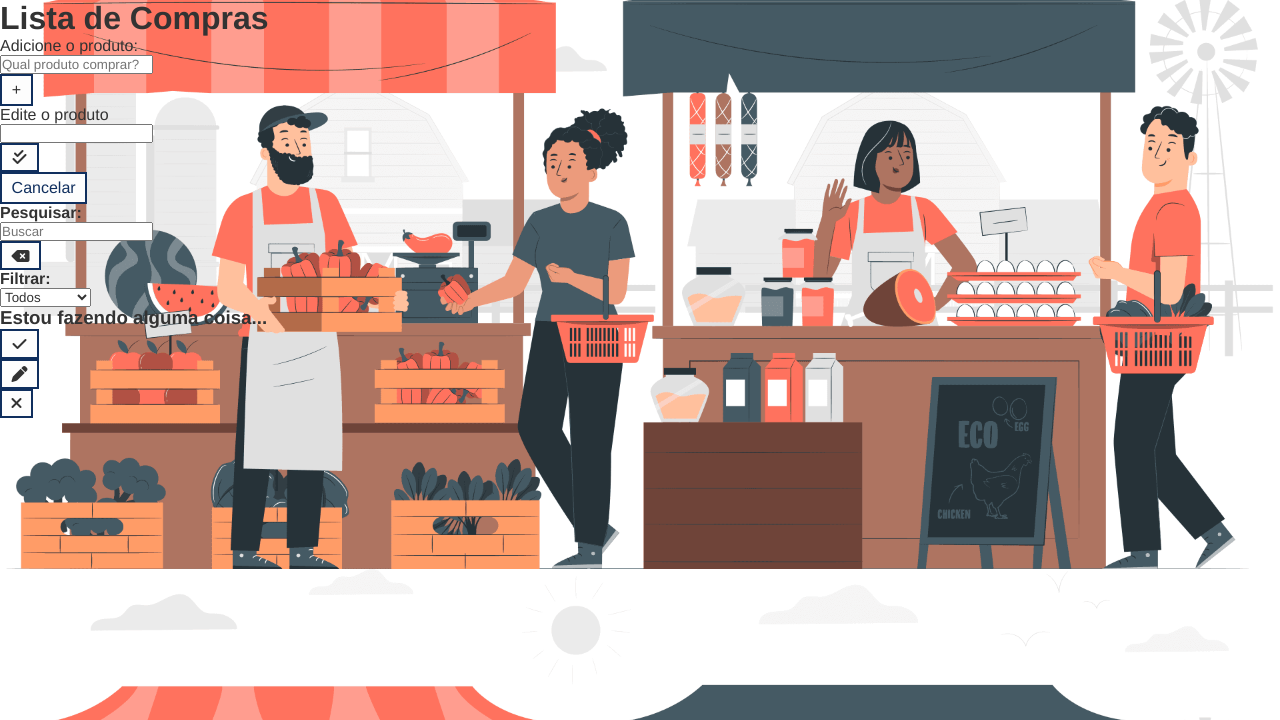
Repository: Dkrvalho/mercado
Page: index.html
An editor plug-in stored every save of this project. The page is shown before and after a run of saves, followed by the edit.
The browser window is 1280 px wide. The pictures show the whole page.
The pointer rests on the first visible `button`.

Above is the page before, as saved 2023-01-09 12:42:09.

### index.html
<!DOCTYPE html>
<html lang="en">
<head>
    <meta charset="UTF-8">
    <meta http-equiv="X-UA-Compatible" content="IE=edge">
    <meta name="viewport" content="width=device-width, initial-scale=1.0">
    <!-- CSS -->
    <link rel="stylesheet" href="css/style.css">
    <!-- Font Awesome -->
    <link rel="stylesheet" href="https://cdnjs.cloudflare.com/ajax/libs/font-awesome/6.2.1/css/all.min.css" integrity="sha512-MV7K8+y+gLIBoVD59lQIYicR65iaqukzvf/nwasF0nqhPay5w/9lJmVM2hMDcnK1OnMGCdVK+iQrJ7lzPJQd1w==" crossorigin="anonymous" referrerpolicy="no-referrer" />
    <!-- JS -->
    <script src="js/script.js" defer></script>
    <!-- defer faz com que o js seja carregado após o html -->
    <title>Lista de Compras</title>
</head>
    <main class="container">
        <header>
            <h1>Lista de Compras</h1>
        </header>
        <form id="form">
            <p>Adicione o produto:</p>
            <div class="form-control">
                <input type="text" id="todo-input" placeholder="Qual produto comprar?">
                <button type="submit">
                    <i class="fa-thin fa-plus"></i>
                </button>
            </div>
        </form>
        <form id="edit-form">
            <p>Edite o produto</p>
            <div id="form-control">
                <input type="text" id="edit-input">
                <button type="submit">
                    <i class="fa-solid fa-check-double"></i>
                </button>
            </div>
            <button id="cancel-edit-btn">Cancelar</button>
        </form>
        <div id="tollbar">
            <div id="search">
                <h4>Pesquisar:</h4>
                <form>
                    <input type="text" id="search-input" placeholder="Buscar">
                    <button id="erase-btn">
                        <i class="fa-solid fa-delete-left"></i>
                    </button>
                </form>
            </div>
        </div>
        <div id="filter">
            <h4>Filtrar:</h4>
            <select id="filter-select">
                <option value="all">Todos</option>
                <option value="done">Comprados</option>
                <option value="todo">A comprar</option>
            </select>
        </div>
        <div id="todo-list">
            <div id="todo">
                <h3>Estou fazendo alguma coisa...</h3>
                <button class="finih-todo">
                    <i class="fa-solid fa-check"></i>
                </button>
                <button class="edit-todo">
                    <i class="fa-solid fa-pen"></i>
                </button>
                <button class="remove-todo">
                    <i class="fa-solid fa-xmark"></i>
                </button>
            </div>
        </div>
    </main>
<body>

</body>
</html>

### css/style.css
/* Geral */
* {
    padding: 0;
    margin: 0;
    font-family: Helvetica, sans-serif, Arial;
    color: #333;
    box-sizing: border-box;
}

body {
    background-image: url("../img/fundo.png");
    background-position: center;
    background-size: cover;
}

button {
    background-color: #fdfdfd;
    color: #102f5e;
    border: 2px solid #102f5e;
    padding: .3rem .6rem;
    font-size: 1rem;
    cursor: pointer;
    display: flex;
    justify-content: center;
    align-items: center;
    transition: .4s;
}

button:hover {

}

Loaded but not shown: js/script.js (no copy from this time; the picture is the same without it)

After the next 4 saves:
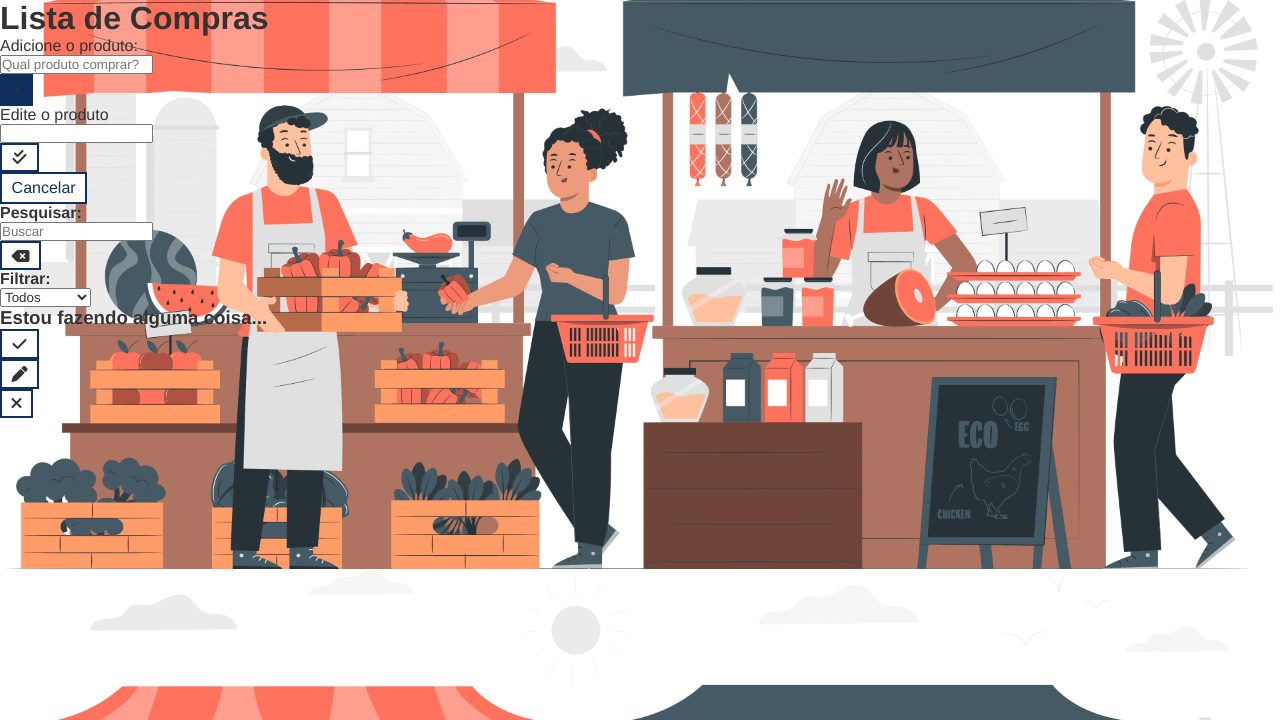
The 4 saves are shown as one change because they came seconds apart.
The last was saved 17 s later.
--- a/css/style.css
+++ b/css/style.css
@@ -27,5 +27,5 @@ button {
 }
 
 button:hover {
-
+    background-color: #102f5e;
 }
